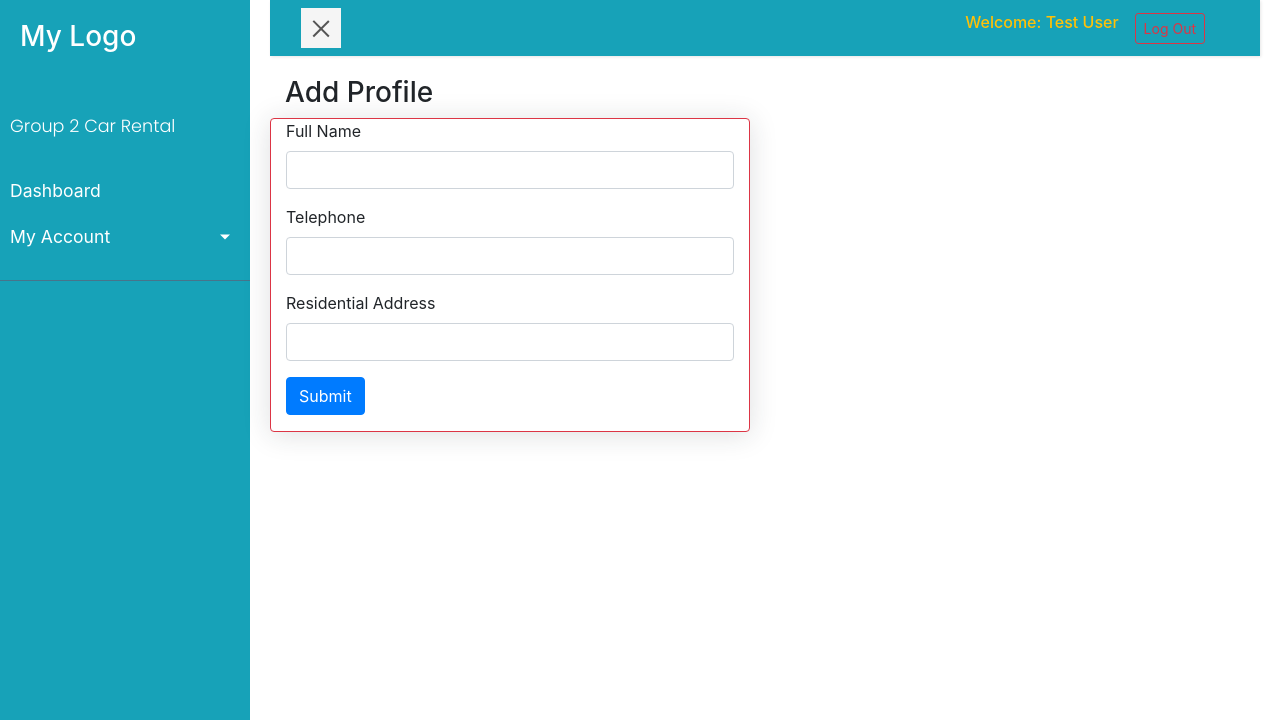
Repository: Cwills21/Aiti-dbc26.1-group-2
Page: http://localhost/customers/add
The author's editor kept a copy of each file at every save. The page is drawn from the files as they stood at one save, then again after the next save.
The browser window is 1280 px wide. The pictures show the whole page.
Some web libraries are served in a nearby version. The page is served by the project's Laravel application, run on PHP 8.4 with Laravel 8. A made-up administrator, Test User (test@example.com), is signed in. Other server files are loaded and not shown.

Above is the page before, as saved 2022-03-24 21:56:38.

### routes/web.php
<?php

use App\Http\Controllers\CarController;
use App\Http\Controllers\RentController;
use App\Http\Controllers\CustomerController;
use App\Http\Controllers\Auth\RegisteredUserController;
use Illuminate\Support\Facades\Route;

/*
|--------------------------------------------------------------------------
| Web Routes
|--------------------------------------------------------------------------
|
| Here is where you can register web routes for your application. These
| routes are loaded by the RouteServiceProvider within a group which
| contains the "web" middleware group. Now create something great!
|
*/


Route::get('/', [CarController::class, 'welcome'])->name('welcome');
Route::get('/dashbd', [CarController::class, 'dashbd'])->name('dashbd');

// Route::get('/dashboard', function () {
//     return view('dashboard');
// })->middleware(['auth'])->name('dashboard');

require __DIR__.'/auth.php';

//Cars
Route::prefix('/cars')->group(function(){
    Route::get('/', [CarController::class, 'showAllCars'])->name('showAllCars');
    Route::get('/add', [CarController::class, 'showAddCarPage'])->name('showAddCarPage');
    Route::get('/{id}/edit', [CarController::class, 'showEditCarPage'])->name('updateCar');

    Route::post('/', [CarController::class, 'saveCar'])->name('saveCar');
    Route::put('/', [CarController::class, 'updateCar']);
    Route::delete('/', [CarController::class, 'deleteCar'])->name('deleteCar');

    });
//Users
Route::prefix('/admin')->group(function(){
    // Route::get('/', [CarController::class, 'showAllCars'])->name('showAllCars');
    Route::get('/add', [RegisteredUserController::class, 'showAddAdmin'])->name('showAddAdmin');
    Route::put('/', [RegisteredUserController::class, 'addAdmin']);
    });

//Rent
Route::prefix('/rent')->group(function(){
    Route::get('/{id}/rent', [RentController::class, 'showRentCarPage'])->name('rentCar');
    });

//Customers
    //Route::prefix('/customers')->group(function(){
        // Route::get('/', [CarController::class, 'showAllCars'])->name('showAllCars');
        //Route::get('/add', [CustomerController::class, 'showAddCustomerPage'])->name('AddProfile');
        // Route::get('/{id}/edit', [CarController::class, 'showEditCarPage'])->name('updateCar');

        // Route::post('/', [CarController::class, 'saveCar'])->name('saveCar');
        // Route::put('/', [CarController::class, 'updateCar']);
        // Route::delete('/', [CarController::class, 'deleteCar'])->name('deleteCar');

        //});

Route::get('/customers', [CustomerController::class, 'showAllCustomers'])->middleware(['auth']);
Route::get('/customers/add', [CustomerController::class, 'showAddCustomerPage'])->name('AddProfile');
// Route::get('/courses/{id}', [CourseController::class, 'showOneCourse'])->name('viewCourse');

Route::get('/customers/{id}/edit', [CustomerController::class, 'showEditCustomerPage'])->name('updateCustomer');
Route::post('/customers', [CustomerController::class, 'saveCustomer'])->name('saveCustomer');
Route::put('/customers', [CustomerController::class, 'updateCustomer']);
Route::delete('/customers', [CustomerController::class, 'deleteCustomer'])->name('deleteCustomer');

### app/Models/User.php
<?php

namespace App\Models;

use Illuminate\Contracts\Auth\MustVerifyEmail;
use Illuminate\Database\Eloquent\Factories\HasFactory;
use Illuminate\Foundation\Auth\User as Authenticatable;
use Illuminate\Notifications\Notifiable;
use Laravel\Sanctum\HasApiTokens;

class User extends Authenticatable
{
    use HasApiTokens, HasFactory, Notifiable;

    /**
     * The attributes that are mass assignable.
     *
     * @var array<int, string>
     */
    protected $fillable = [
        'user_type',
        'name',
        'email',
        'password',
    ];

    /**
     * The attributes that should be hidden for serialization.
     *
     * @var array<int, string>
     */
    protected $hidden = [
        'password',
        'remember_token',
    ];

    /**
     * The attributes that should be cast.
     *
     * @var array<string, string>
     */
    protected $casts = [
        'email_verified_at' => 'datetime',
    ];
}

### app/Http/Controllers/CustomerController.php
<?php

namespace App\Http\Controllers;

use App\Models\Customer;
use Illuminate\Http\Request;

class CustomerController extends Controller
{
    public function showAddCustomerPage(){
    return view('customers.customer-form')
    ->with('customer', new Customer)
    ->with('edit', false);
    }

    public function showAllCustomers(Request $request) {
        $searchTerm = $request->query('search');
         if($searchTerm == null){
             $allCustomers = Customer::paginate(10);
         } else {
              $allCustomers = Customer::where('name','like', "%{$searchTerm}%");
              //->orWhere('Customer_id','like', "%{$searchTerm}%")->paginate(10);
         }
    return view('customers.list')
            ->with('customers', $allCustomers);
        }

    // public function showAddCustomerPage(){

    //     return view('customers.customers-form')
    //          ->with('customer', new Customer)
    //          ->with('edit', false);
    // }



    public function updateCustomer(Request $request){
        $customer = Customer::findOrFail( $request->input('id'));
        $customer->name = $request->input('name');
        $customer->contact = $request->input('contact');
        $customer->address = $request->input('address');
        $customer->save();
        session()->flash('alert', $customer->name. ' updated successfully');
        return redirect('/customers');
    }


    public function showEditCustomerPage($id)
    {
        $customer = Customer::findOrFail($id);
        return view('customers.customer-form')
         ->with('edit', true)
         ->with('customer', $customer);
    }


    public function saveCustomer(Request $request)
    {
        $request->validate([
            'name' => 'required|string|max:100',
            'contact' => 'required|string|unique:customers,contact',
            'address' => 'required'
        ],[
                // custom messages
                'unique' => 'This :attribute is already registered in the system'
            ]);



            $newCustomer = new Customer;
            $newCustomer->user_id = $request->input('user_id');
            $newCustomer->customer_name = $request->input('name');
            $newCustomer->contact = $request->input('contact');
            $newCustomer->res_address = $request->input('address');
            $newCustomer->save();
            session()->flash('alert', $newCustomer->name. ' created successfully');
            // $data = $request->all();
            // unset($data['_token']);
            // Customer::create($data);

            return redirect('/customers');
        }

        public function deleteCustomer(Request $request){
            $customer = Customer::findOrFail( $request->input('id'));
            $customer->delete();
            session()->flash('alert', $customer->name. ' deleted successfully');
            return redirect('/customers');
        }
}

### resources/views/customers/customer-form.blade.php
@extends('layout.master')

@section('page_title', 'Add Profile')

@section('content')

@if($edit)
   <h3>Edit Your Profile</h3>
@else
    <h3>Add Profile</h3>
@endif
<div class="row col-md-6 card border border-danger">
<form action="/customers" method="POST" enctype="multipart/form-data">
    @csrf
    @if($edit)
    <input type="hidden" name="id" value="{{$customer->id}}">
    @method('PUT')
    @endif

  <!-- <div class="mb-3"> -->
      <!-- <label for="user_id" class="form-label">User Id</label> -->
      <input type="hidden" required class="form-control" name="user_id" value="{{session('user_id')}}">
  <!-- </div> -->
  <div class="mb-3">
      <label for="name" class="form-label">Full Name</label>
      <input type="text" required
      maxlength="100"
      class="form-control @error('name') is-invalid @enderror"
      name="name"
      value="{{old('name') ? old('name') : $customer->name}}" >
      @error('name')
      <div class="invalid-feedback">{{ $message }}</div>
      @enderror
  </div>
  <div class="mb-3">
      <label for="contact" class="form-label">Telephone</label>
      <input type="text" required
      minlength="10" maxlength="10"
      class="form-control @error('contact') is-invalid @enderror"
      name="contact"
      value="{{old('contact') ? old('contact') : $customer->contact}}" >
      @error('contact')
      <div class="invalid-feedback">{{ $message }}</div>
      @enderror
  </div>
  <div class="mb-3">
      <label for="address" class="form-label">Residential Address</label>
      <input type="text" required
      minlength="2" maxlength="100"
      class="form-control @error('address') is-invalid @enderror"
      name="address"
      value="{{old('address') ? old('address') : $customer->address}}" >
      @error('address')
      <div class="invalid-feedback">{{ $message }}</div>
      @enderror
  </div>
  <div class="mb-3">
  <button type="submit" class="btn btn-primary ">Submit</button>
  </div>
</form>
</div>
@endsection

### resources/views/common/alert.blade.php
 @if(session()->has('alert'))
 <div class="alert alert-success" role="alert">
  {{session('alert')}}
</div>
@endif

### public/css/style.css
/*
    DEMO STYLE
*/
@import "https://fonts.googleapis.com/css?family=Poppins:300,400,500,600,700";


body {
    font-family: 'Poppins', sans-serif;
    background: #fafafa;
}

p {
    font-family: 'Poppins', sans-serif;
    font-size: 1.1em;
    font-weight: 300;
    line-height: 1.7em;
    color: #999;
}

a, a:hover, a:focus {
    color: inherit;
    text-decoration: none;
    transition: all 0.3s;
}

.navbar {
    padding: 2px 10px;
    background: #17a2b8;
    border: none;
    border-radius: 0;
    margin-bottom: 20px;
    /*box-shadow: 1px 1px 3px rgba(0, 0, 0, 0.1);*/
    box-shadow: 1px 1px 3px rgba(0.5, 0, 0, 0.1);
}

.navbar-btn {
    box-shadow: none;
    outline: none !important;
    border: none;
}

.line {
    width: 100%;
    height: 1px;
    border-bottom: 1px dashed #ddd;
    margin: 40px 0;
}

/* ---------------------------------------------------
    SIDEBAR STYLE
----------------------------------------------------- */

.wrapper {
    display: flex;
    width: 100%;
    align-items: stretch;
    perspective: 1500px;
}


#sidebar {
    min-width: 250px;
    max-width: 250px;
    background: #17a2b8;
    color: #fff;
    transition: all 0.6s cubic-bezier(0.945, 0.020, 0.270, 0.665);
    transform-origin: bottom left;
}

    #sidebar.active {
        margin-left: -250px;
        transform: rotateY(100deg);
    }

    #sidebar .sidebar-header {
        padding: 20px;
        background: #17a2b8;
    }

    #sidebar ul.components {
        padding: 20px 0;
        border-bottom: 1px solid #47748b;
    }

    #sidebar ul p {
        color: #fff;
        padding: 10px;
    }

    #sidebar ul li a {
        padding: 10px;
        font-size: 1.1em;
        display: block;
    }

        #sidebar ul li a:hover {
            color: #7386D5;
            background: #fff;
        }

    #sidebar ul li.active > a, a[aria-expanded="true"] {
        color: #fff;
        background: #17a2b8;
    }


a[data-toggle="collapse"] {
    position: relative;
}

.dropdown-toggle::after {
    display: block;
    position: absolute;
    top: 50%;
    right: 20px;
    transform: translateY(-50%);
}

ul ul a {
    font-size: 0.9em !important;
    padding-left: 30px !important;
    background: #6d7fcc;
}

ul.CTAs {
    padding: 20px;
}

    ul.CTAs a {
        text-align: center;
        font-size: 0.9em !important;
        display: block;
        border-radius: 5px;
        margin-bottom: 5px;
    }

a.download {
    background: #fff;
    color: #7386D5;
}

a.article, a.article:hover {
    background: #6d7fcc !important;
    color: #fff !important;
}



/* ---------------------------------------------------
    CONTENT STYLE
----------------------------------------------------- */
#content {
    width: 100%;
    padding: 0px 20px 20px 20px;
    min-height: 100vh;
    transition: all 0.3s;
}

#sidebarCollapse {
    width: 40px;
    height: 40px;
    background: #f5f5f5;
    cursor: pointer;
}

    #sidebarCollapse span {
        width: 80%;
        height: 2px;
        margin: 0 auto;
        display: block;
        background: #555;
        transition: all 0.8s cubic-bezier(0.810, -0.330, 0.345, 1.375);
        transition-delay: 0.2s;
    }

        #sidebarCollapse span:first-of-type {
            transform: rotate(45deg) translate(2px, 2px);
        }

        #sidebarCollapse span:nth-of-type(2) {
            opacity: 0;
        }

        #sidebarCollapse span:last-of-type {
            transform: rotate(-45deg) translate(1px, -1px);
        }


    #sidebarCollapse.active span {
        transform: none;
        opacity: 1;
        margin: 5px auto;
    }


/* ---------------------------------------------------
    MEDIAQUERIES
----------------------------------------------------- */
@media (max-width: 768px) {
    #sidebar {
        margin-left: -250px;
        transform: rotateY(90deg);
    }

        #sidebar.active {
            margin-left: 0;
            transform: none;
        }

    #sidebarCollapse span:first-of-type,
    #sidebarCollapse span:nth-of-type(2),
    #sidebarCollapse span:last-of-type {
        transform: none;
        opacity: 1;
        margin: 5px auto;
    }

    #sidebarCollapse.active span {
        margin: 0 auto;
    }

        #sidebarCollapse.active span:first-of-type {
            transform: rotate(45deg) translate(2px, 2px);
        }

        #sidebarCollapse.active span:nth-of-type(2) {
            opacity: 0;
        }

        #sidebarCollapse.active span:last-of-type {
            transform: rotate(-45deg) translate(1px, -1px);
        }
}

### public/css/details.css
body {
    margin-top: 20px;
    background-color: #f2f6fc;
    color: #69707a;
}

.img-account-profile {
    height: 10rem;
}

.rounded-circle {
    border-radius: 50% !important;
}

.card {
    box-shadow: 0 0.15rem 1.75rem 0 rgb(33 40 50 / 15%);
}

    .card .card-header {
        font-weight: 500;
    }

.card-header:first-child {
    border-radius: 0.35rem 0.35rem 0 0;
}

.card-header {
    padding: 1rem 1.35rem;
    margin-bottom: 0;
    background-color: rgba(33, 40, 50, 0.03);
    border-bottom: 1px solid rgba(33, 40, 50, 0.125);
}

.form-control, .dataTable-input {
    display: block;
    width: 100%;
    padding: 0.875rem 1.125rem;
    font-size: 0.875rem;
    font-weight: 400;
    line-height: 1;
    color: #69707a;
    background-color: #fff;
    background-clip: padding-box;
    border: 1px solid #c5ccd6;
    -webkit-appearance: none;
    -moz-appearance: none;
    appearance: none;
    border-radius: 0.35rem;
    transition: border-color 0.15s ease-in-out, box-shadow 0.15s ease-in-out;
}

.nav-borders .nav-link.active {
    color: #0061f2;
    border-bottom-color: #0061f2;
}

.nav-borders .nav-link {
    color: #69707a;
    border-bottom-width: 0.125rem;
    border-bottom-style: solid;
    border-bottom-color: transparent;
    padding-top: 0.5rem;
    padding-bottom: 0.5rem;
    padding-left: 0;
    padding-right: 0;
    margin-left: 1rem;
    margin-right: 1rem;
}

### public/assets/css/media-queries.css

@media (min-width: 992px) and (max-width: 1199px) {

	.section-1-box .section-1-box-icon { width: 60px; height: 60px; font-size: 32px; line-height: 60px; }

}

@media (min-width: 768px) and (max-width: 991px) {

	.navbar-expand-md .navbar-nav .nav-link { padding-left: 0.6rem; padding-right: 0.6rem; }

	.section-description p { padding: 0; }

	.section-1-box .section-1-box-icon { width: 50px; height: 50px; font-size: 26px; line-height: 50px; }

	.section-3-box .section-3-box-icon { width: 50px; height: 50px; font-size: 26px; line-height: 50px; }

}

@media (max-width: 767px) {

	.navbar-dark .navbar-toggler { border-color: #444; }
	.navbar-dark .navbar-toggler:focus { background: #333; outline: 0; }
	.navbar-expand-md .navbar-nav .nav-link { padding-top: 0.3rem; padding-bottom: 0.3rem; }

	.section-description p { padding: 0; }

	.section-1-container { padding-bottom: 60px; }
	.section-1-box { text-align: center; }
	.section-1-box h3 { margin-top: 20px; padding-top: 10px; }

	.section-3-box { text-align: center; }
	.section-3-box h3 { margin-top: 20px; padding-top: 10px; }

}

@media (max-width: 415px) {

	h1, h2 { font-size: 32px; }

}


/* Retina-ize images/icons */

@media
only screen and (-webkit-min-device-pixel-ratio: 2),
only screen and (   min--moz-device-pixel-ratio: 2),
only screen and (     -o-min-device-pixel-ratio: 2/1),
only screen and (        min-device-pixel-ratio: 2),
only screen and (                min-resolution: 192dpi),
only screen and (                min-resolution: 2dppx) {

	/* logo */
    .navbar-brand {
    	background-image: url(../img/logo@2x.png) !important; background-repeat: no-repeat !important; background-size: 123px 34px !important;
    }

}

### public/assets/css/carousel.css
/*

CC 2.0 License Iatek LLC 2018
Attribution required

*/


@media (min-width: 768px) and (max-width: 991px) {
  /* Show 4th slide on md  if col-md-4*/
    .carousel-inner .active.col-md-4.carousel-item + .carousel-item + .carousel-item + .carousel-item {
        position: absolute;
        top: 0;
        right: -33.3333%;  /*change this with javascript in the future*/
        z-index: -1;
        display: block;
        visibility: visible;
    }

}

@media (min-width: 576px) and (max-width: 768px) {
  /* Show 3rd slide on sm  if col-sm-6*/
    .carousel-inner .active.col-sm-6.carousel-item + .carousel-item + .carousel-item {
        position: absolute;
        top: 0;
        right: -50%;  /*change this with javascript in the future*/
        z-index: -1;
        display: block;
        visibility: visible;
    }

}
@media (min-width: 576px) {

    .carousel-item {
        margin-right: 0;
    }

    /* show 2 items */
    .carousel-inner .active + .carousel-item {
        display: block;
    }

    .carousel-inner .carousel-item.active:not(.carousel-item-right):not(.carousel-item-left),
    .carousel-inner .carousel-item.active:not(.carousel-item-right):not(.carousel-item-left) + .carousel-item {
        transition: none;
    }

    .carousel-inner .carousel-item-next {
      position: relative;
      transform: translate3d(0, 0, 0);
    }

    /* left or forward direction */
    .active.carousel-item-left + .carousel-item-next.carousel-item-left,
    .carousel-item-next.carousel-item-left + .carousel-item,
    .carousel-item-next.carousel-item-left + .carousel-item + .carousel-item {
        position: relative;
        transform: translate3d(-100%, 0, 0);
        visibility: visible;
    }

    /* farthest right hidden item must be abso position for animations */
    .carousel-inner .carousel-item-prev.carousel-item-right {
        position: absolute;
        top: 0;
        left: 0;
        z-index: -1;
        display: block;
        visibility: visible;
    }

    /* right or prev direction */
    .active.carousel-item-right + .carousel-item-prev.carousel-item-right,
    .carousel-item-prev.carousel-item-right + .carousel-item,
    .carousel-item-prev.carousel-item-right + .carousel-item + .carousel-item {
        position: relative;
        transform: translate3d(100%, 0, 0);
        visibility: visible;
        display: block;
        visibility: visible;
    }

}

/*MD*/
@media (min-width: 768px) {

    /* show 3rd of 3 item slide */
  .carousel-inner .active + .carousel-item + .carousel-item {
        display: block;
    }

    .carousel-inner .carousel-item.active:not(.carousel-item-right):not(.carousel-item-left) + .carousel-item + .carousel-item {
        transition: none;
    }


    .carousel-inner .carousel-item-next {
      position: relative;
      transform: translate3d(0, 0, 0);
    }


    /* left or forward direction */
    .carousel-item-next.carousel-item-left + .carousel-item + .carousel-item + .carousel-item {
        position: relative;
        transform: translate3d(-100%, 0, 0);
        visibility: visible;
    }

    /* right or prev direction */
    .carousel-item-prev.carousel-item-right + .carousel-item + .carousel-item + .carousel-item {
        position: relative;
        transform: translate3d(100%, 0, 0);
        visibility: visible;
        display: block;
        visibility: visible;
    }

}


/*LG */
@media (min-width: 991px) {

    /* show 4th item */
    .carousel-inner .active + .carousel-item + .carousel-item + .carousel-item {
        display: block;
    }

    .carousel-inner .carousel-item.active:not(.carousel-item-right):not(.carousel-item-left) + .carousel-item + .carousel-item + .carousel-item {
        transition: none;
    }

    /* Show 5th slide on lg if col-lg-3 */
    .carousel-inner .active.col-lg-3.carousel-item + .carousel-item + .carousel-item + .carousel-item + .carousel-item {
        position: absolute;
        top: 0;
        right: -25%;  /*change this with javascript in the future*/
        z-index: -1;
        display: block;
        visibility: visible;
    }

    /* left or forward direction */
    .carousel-item-next.carousel-item-left + .carousel-item + .carousel-item + .carousel-item + .carousel-item {
        position: relative;
        transform: translate3d(-100%, 0, 0);
        visibility: visible;
    }

    /* right or prev direction //t - previous slide direction last item animation fix */
    .carousel-item-prev.carousel-item-right + .carousel-item + .carousel-item + .carousel-item + .carousel-item {
        position: relative;
        transform: translate3d(100%, 0, 0);
        visibility: visible;
        display: block;
        visibility: visible;
    }

}

/*LG 6th  -  if you want a carousel with 6 slides */
@media (min-width: 991px) {

        /* show 5th and 6th item */
 /*   .carousel-inner .active + .carousel-item + .carousel-item + .carousel-item + .carousel-item,
  .carousel-inner .active + .carousel-item + .carousel-item + .carousel-item + .carousel-item + .carousel-item {
        display: block;
    }



    .carousel-inner .carousel-item.active:not(.carousel-item-right):not(.carousel-item-left) + .carousel-item + .carousel-item + .carousel-item + .carousel-item,
  .carousel-inner .carousel-item.active:not(.carousel-item-right):not(.carousel-item-left) + .carousel-item + .carousel-item + .carousel-item + .carousel-item + .carousel-item {
      transition: none;
    }
*/


  /*show 7th slide for animation when its a 6 slides carousel */
 /*      .carousel-inner .active.carousel-item + .carousel-item + .carousel-item + .carousel-item + .carousel-item + .carousel-item  + .carousel-item {
        position: absolute;
        top: 0;
        right: -16.666666666%;
        z-index: -1;
        display: block;
        visibility: visible;
  }
  */

      /* forward direction > */
 /*   .carousel-item-next.carousel-item-left + .carousel-item + .carousel-item + .carousel-item + .carousel-item,
  .carousel-item-next.carousel-item-left + .carousel-item + .carousel-item + .carousel-item + .carousel-item + .carousel-item {
        position: relative;
        transform: translate3d(-100%, 0, 0);
        visibility: visible;
    }
  */
      /* prev direction < last item animation fix */
 /*   .carousel-item-prev.carousel-item-right + .carousel-item + .carousel-item + .carousel-item + .carousel-item + .carousel-item,
    .carousel-item-prev.carousel-item-right + .carousel-item + .carousel-item + .carousel-item + .carousel-item + .carousel-item + .carousel-item {
        position: relative;
        transform: translate3d(100%, 0, 0);
        visibility: visible;
        display: block;
        visibility: visible;
    }
*/
}

Loaded but not shown: routes/auth.php (common file); app/Http/Controllers/Controller.php (common file); app/Models/Customer.php (common file); resources/views/components/responsive-nav-link.blade.php (common file); public/css/bootstrap.css (library); public/assets/css/animate.css (library); public/assets/js/jquery-3.3.1.min.js (library); public/assets/js/jquery-migrate-3.0.0.min.js (library); public/assets/js/jquery.backstretch.min.js (library); public/assets/js/wow.min.js (library); public/assets/js/scripts.js (63 lines, source omitted); resources/views/layout/master.blade.php (167 lines, source omitted)

After the next save:
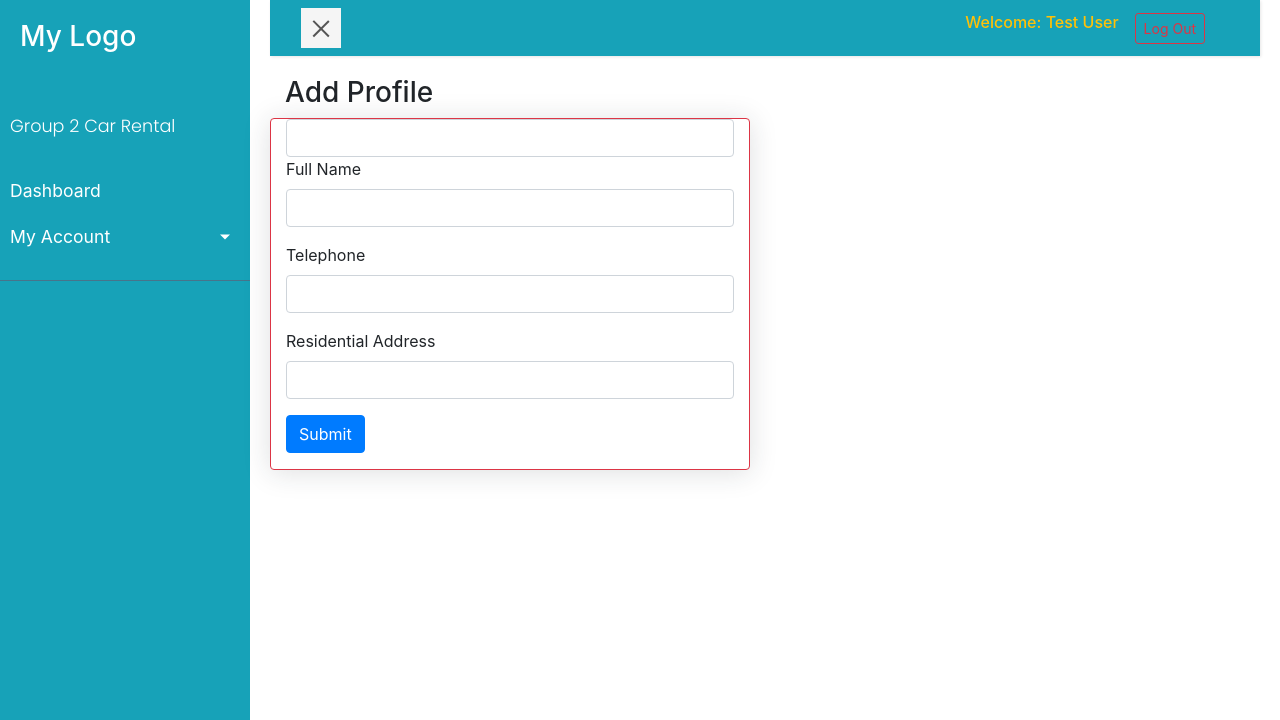
Saved 64 s later.
--- a/resources/views/customers/customer-form.blade.php
+++ b/resources/views/customers/customer-form.blade.php
@@ -19,7 +19,7 @@
 
   <!-- <div class="mb-3"> -->
       <!-- <label for="user_id" class="form-label">User Id</label> -->
-      <input type="hidden" required class="form-control" name="user_id" value="{{session('user_id')}}">
+      <input type="text" required class="form-control" name="user_id" value="{{session('user_id')}}">
   <!-- </div> -->
   <div class="mb-3">
       <label for="name" class="form-label">Full Name</label>
